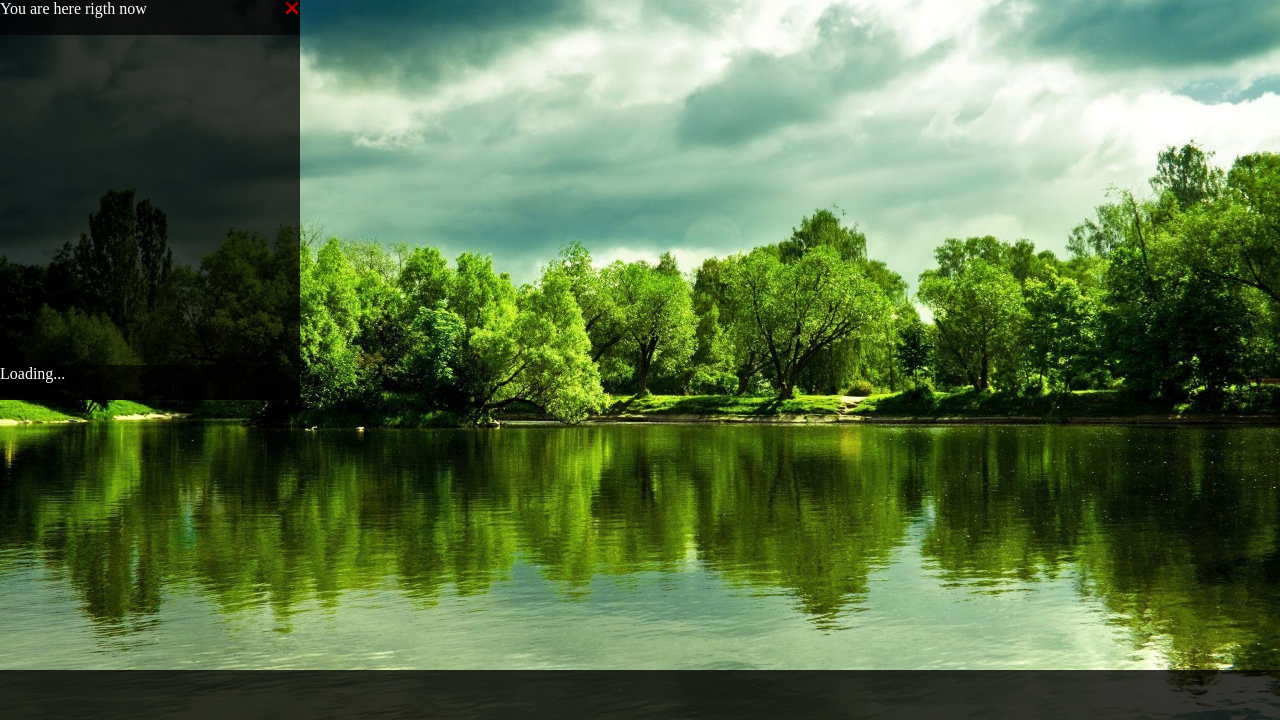
Repository: KevinUd2014/Kn222gn-laborations-Repo-1dv403
Page: 5-PWD-Projektet/Index.html
The author's editor kept a record of every edit. The page is drawn from the files as they stood at one moment, then again after the next edit.
The browser window is 1280 px wide. The pictures show the whole page.

Above is the page before.

After the next edit:
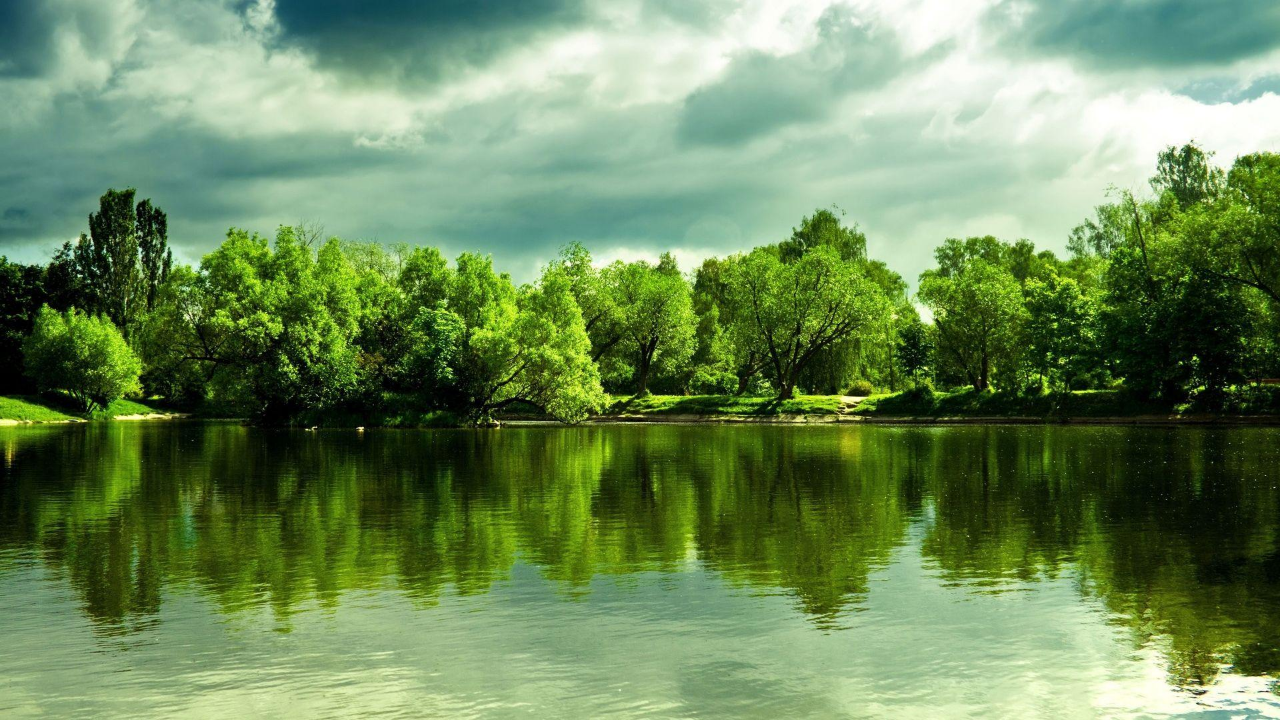
The edit:
--- a/5-PWD-Projektet/Index.html
+++ b/5-PWD-Projektet/Index.html
@@ -8,7 +8,8 @@
     <body>
 
         <div class="Desktop">
-            <!--<template id="Template">-->
+
+            <template id="Template">
 
                 <div class="Window">
 
